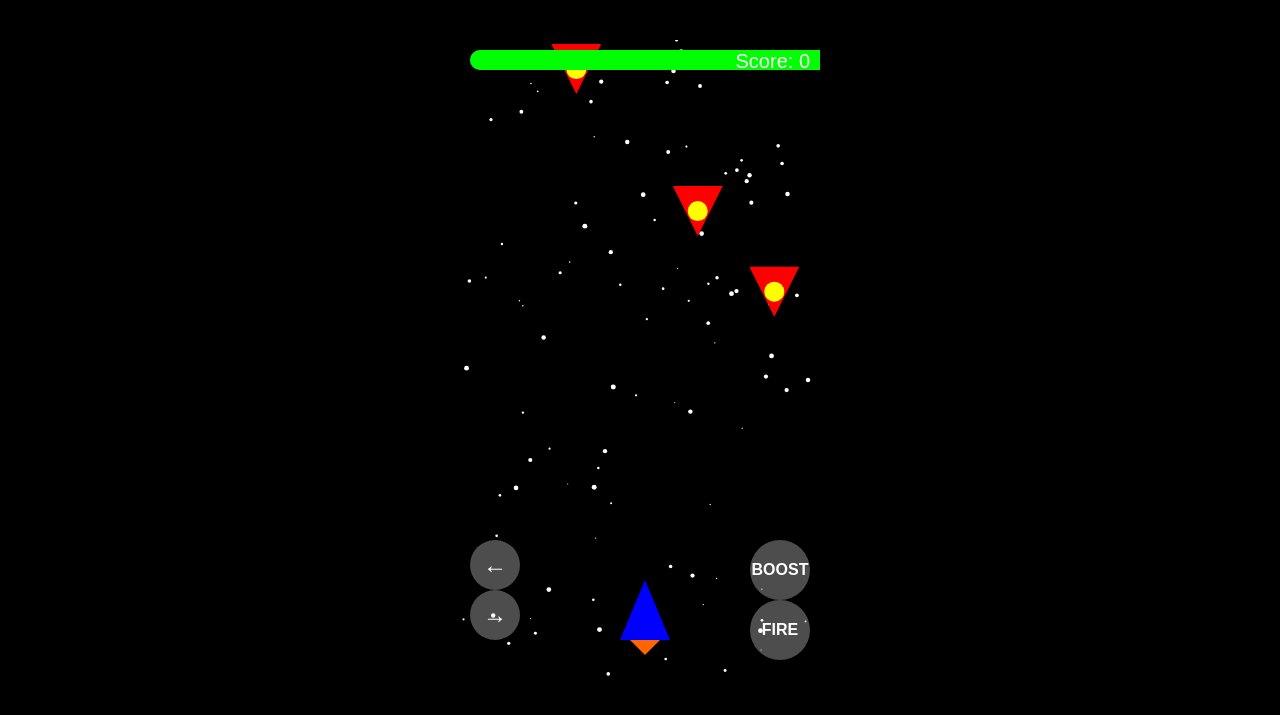
Repository: BiranOrundas/space-shooter
Page: space-shooter.html
The author's editor kept a copy of each file at every save. The page is drawn from the files as they stood at one save, then again after the next save.
The browser window is 1280 px wide. The pictures show the whole page.

Above is the page before, as saved 2025-03-13 13:08:48.

### space-shooter.html
<!DOCTYPE html>
<html lang="en">
<head>
  <meta charset="UTF-8">
  <meta name="viewport" content="width=device-width, initial-scale=1.0">
  <title>Space Shooter</title>
  <style>
    body {
      margin: 0;
      overflow: hidden;
      touch-action: none;
      font-family: Arial, sans-serif;
      background-color: #000;
      display: flex;
      justify-content: center;
      align-items: center;
      height: 100vh;
    }

    #game-container {
      position: relative;
      width: 360px;
      height: 640px;
      background-color: #000;
      overflow: hidden;
      touch-action: none;
    }

    #game-canvas {
      width: 100%;
      height: 100%;
    }

    #controls {
      position: absolute;
      bottom: 20px;
      left: 0;
      width: 100%;
      display: flex;
      justify-content: space-between;
      z-index: 10;
    }

    .direction-btn {
      width: 50px;
      height: 50px;
      background-color: rgba(255, 255, 255, 0.3);
      border-radius: 50%;
      display: flex;
      justify-content: center;
      align-items: center;
      color: white;
      font-weight: bold;
      font-size: 24px;
      user-select: none;
      margin: 0 10px;
    }

    .action-btn {
      width: 60px;
      height: 60px;
      background-color: rgba(255, 255, 255, 0.3);
      border-radius: 50%;
      display: flex;
      justify-content: center;
      align-items: center;
      color: white;
      font-weight: bold;
      font-size: 16px;
      user-select: none;
      margin: 0 10px;
    }

    #life-bar-container {
      position: absolute;
      top: 10px;
      left: 10px;
      width: 200px;
      height: 20px;
      background-color: rgba(255, 255, 255, 0.3);
      border-radius: 10px;
    }

    #life-bar {
      height: 100%;
      width: 100%;
      background-color: #0f0;
      border-radius: 10px;
      transition: width 0.3s;
    }

    #score {
      position: absolute;
      top: 10px;
      right: 10px;
      color: white;
      font-size: 20px;
    }

    #game-over {
      position: absolute;
      top: 0;
      left: 0;
      width: 100%;
      height: 100%;
      background-color: rgba(0, 0, 0, 0.8);
      display: none;
      flex-direction: column;
      justify-content: center;
      align-items: center;
      color: white;
      font-size: 30px;
      z-index: 20;
    }

    #restart-btn {
      margin-top: 20px;
      padding: 10px 20px;
      background-color: #0f0;
      color: black;
      border: none;
      border-radius: 5px;
      font-size: 18px;
      cursor: pointer;
    }

    .star {
      position: absolute;
      background-color: white;
      border-radius: 50%;
    }
  </style>
</head>
<body>
  <div id="game-container">
    <div id="life-bar-container">
      <div id="life-bar"></div>
    </div>
    <div id="score">Score: 0</div>
    <canvas id="game-canvas"></canvas>

    <div id="controls">
      <div id="movement-controls">
        <div class="direction-btn" id="left-btn">←</div>
        <div class="direction-btn" id="right-btn">→</div>
      </div>
      <div id="action-controls">
        <div class="action-btn" id="boost-btn">BOOST</div>
        <div class="action-btn" id="shoot-btn">FIRE</div>
      </div>
    </div>

    <div id="game-over">
      <div>GAME OVER</div>
      <div id="final-score">Score: 0</div>
      <button id="restart-btn">Restart</button>
    </div>
  </div>

  <script>
    // Game setup
    const canvas = document.getElementById('game-canvas');
    const ctx = canvas.getContext('2d');

    // Set canvas dimensions to match container
    const container = document.getElementById('game-container');
    canvas.width = container.clientWidth;
    canvas.height = container.clientHeight;

    // Game variables
    let score = 0;
    let gameOver = false;
    let animationId;

    // Player variables
    const player = {
      x: canvas.width / 2 - 20,
      y: canvas.height - 100,
      width: 50,
      height: 60,
      speed: 5,
      boostedSpeed: 10,
      isBoosting: false,
      life: 500,
      color: '#00f',
      cooldown: 0,
      lastShot: 0
    };

    // Game elements arrays
    const bullets = [];
    const enemies = [];
    const stars = [];

    // Control variables
    let leftPressed = false;
    let rightPressed = false;
    let shootPressed = false;
    let boostPressed = false;

    // Generate stars for background
    function createStars() {
      const starCount = 100;
      for (let i = 0; i < starCount; i++) {
        stars.push({
          x: Math.random() * canvas.width,
          y: Math.random() * canvas.height,
          size: Math.random() * 2 + 0.5,
          speed: Math.random() * 2 + 2.9
        });
      }
    }

    // Draw player's spaceship
    function drawPlayer() {
      // Draw player ship
      ctx.fillStyle = player.color;

      // Ship body
      ctx.beginPath();
      ctx.moveTo(player.x + player.width / 2, player.y);
      ctx.lineTo(player.x + player.width, player.y + player.height);
      ctx.lineTo(player.x, player.y + player.height);
      ctx.closePath();
      ctx.fill();

      // Engine flames
      if (player.isBoosting) {
        ctx.fillStyle = '#ff0';
      } else {
        ctx.fillStyle = '#f60';
      }

      const flameHeight = player.isBoosting ? 30 : 15;
      ctx.beginPath();
      ctx.moveTo(player.x + 10, player.y + player.height);
      ctx.lineTo(player.x + player.width / 2, player.y + player.height + flameHeight);
      ctx.lineTo(player.x + player.width - 10, player.y + player.height);
      ctx.closePath();
      ctx.fill();
    }

    // Create a bullet
    function shootBullet() {
      const now = Date.now();
      if (now - player.lastShot > 300) { // Cooldown in ms
        bullets.push({
          x: player.x + player.width / 2 - 3,
          y: player.y,
          width: 1,
          height: 15,
          speed: 10,
          color: '#f00'
        });
        player.lastShot = now;
      }
    }

    // Draw bullets
    function drawBullets() {
      bullets.forEach(bullet => {
        ctx.fillStyle = bullet.color;
        ctx.fillRect(bullet.x, bullet.y, bullet.width, bullet.height);
      });
    }

    // Create enemy ships
    function spawnEnemy() {
      if (Math.random() < 0.02 && !gameOver) {
        enemies.push({
          x: Math.random() * (canvas.width - 50),
          y: -50,
          width: 50,
          height: 50,
          speed: Math.random() * 2 + 1
        });
      }
    }

    // Draw enemy ships
    function drawEnemies() {
      enemies.forEach(enemy => {
        // Enemy ship body
        ctx.fillStyle = '#f00';
        ctx.beginPath();
        ctx.moveTo(enemy.x + enemy.width / 2, enemy.y + enemy.height);
        ctx.lineTo(enemy.x + enemy.width, enemy.y);
        ctx.lineTo(enemy.x, enemy.y);
        ctx.closePath();
        ctx.fill();

        // Enemy details
        ctx.fillStyle = '#ff0';
        ctx.beginPath();
        ctx.arc(enemy.x + enemy.width / 2, enemy.y + enemy.height / 2, 10, 0, Math.PI * 2);
        ctx.fill();
      });
    }

    // Draw stars background
    function drawStars() {
      ctx.fillStyle = 'white';
      stars.forEach(star => {
        ctx.beginPath();
        ctx.arc(star.x, star.y, star.size, 0, Math.PI * 2);
        ctx.fill();
      });
    }

    // Update star positions
    function updateStars() {
      stars.forEach(star => {
        star.y += star.speed;
        if (star.y > canvas.height) {
          star.y = 0;
          star.x = Math.random() * canvas.width;
        }
      });
    }

    // Update game elements
    function updateGameElements() {
      // Update player position
      if (leftPressed && player.x > 0) {
        player.x -= player.isBoosting ? player.boostedSpeed : player.speed;
      }
      if (rightPressed && player.x < canvas.width - player.width) {
        player.x += player.isBoosting ? player.boostedSpeed : player.speed;
      }

      // Update bullets
      for (let i = 0; i < bullets.length; i++) {
        bullets[i].y -= bullets[i].speed;

        // Remove bullets that are off screen
        if (bullets[i].y < 0) {
          bullets.splice(i, 1);
          i--;
        }
      }

      // Update enemies
      for (let i = 0; i < enemies.length; i++) {
        enemies[i].y += enemies[i].speed;

        // Check for collision with player
        if (
          player.x < enemies[i].x + enemies[i].width &&
          player.x + player.width > enemies[i].x &&
          player.y < enemies[i].y + enemies[i].height &&
          player.y + player.height > enemies[i].y
        ) {
          // Player hit by enemy
          player.life -= 30;
          updateLifeBar();

          // Remove enemy
          enemies.splice(i, 1);
          i--;

          // Check game over
          if (player.life <= 0) {
            endGame();
          }

          continue;
        }

        // Check for bullets hitting enemies
        for (let j = 0; j < bullets.length; j++) {
          if (
            bullets[j].x < enemies[i].x + enemies[i].width &&
            bullets[j].x + bullets[j].width > enemies[i].x &&
            bullets[j].y < enemies[i].y + enemies[i].height &&
            bullets[j].y + bullets[j].height > enemies[i].y
          ) {
            // Enemy hit by bullet
            score += 10;
            updateScore();

            // Remove enemy and bullet
            enemies.splice(i, 1);
            bullets.splice(j, 1);
            i--;
            break;
          }
        }

        // Remove enemies that are off screen
        if (enemies[i] && enemies[i].y > canvas.height) {
          enemies.splice(i, 1);
          i--;
        }
      }
    }

    // Update life bar
    function updateLifeBar() {
      const lifeBar = document.getElementById('life-bar');
      lifeBar.style.width = `${player.life}%`;

      // Change color based on life
      if (player.life > 60) {
        lifeBar.style.backgroundColor = '#0f0';
      } else if (player.life > 30) {
        lifeBar.style.backgroundColor = '#ff0';
      } else {
        lifeBar.style.backgroundColor = '#f00';
      }
    }

    // Update score display
    function updateScore() {
      document.getElementById('score').textContent = `Score: ${score}`;
    }

    // Game over
    function endGame() {
      gameOver = true;
      document.getElementById('game-over').style.display = 'flex';
      document.getElementById('final-score').textContent = `Score: ${score}`;
      cancelAnimationFrame(animationId);
    }

    // Main game loop
    function gameLoop() {
      // Clear canvas
      ctx.fillStyle = '#000';
      ctx.fillRect(0, 0, canvas.width, canvas.height);

      // Draw stars
      drawStars();
      updateStars();

      // Spawn enemies
      spawnEnemy();

      // Update game elements
      updateGameElements();

      // Fire bullet if shoot button is pressed
      if (shootPressed) {
        shootBullet();
      }

      // Draw game elements
      drawPlayer();
      drawBullets();
      drawEnemies();

      // Continue game loop
      if (!gameOver) {
        animationId = requestAnimationFrame(gameLoop);
      }
    }

    // Event listeners for keyboard controls
    document.addEventListener('keydown', (e) => {
      if (e.key === 'ArrowLeft' || e.key === 'a') leftPressed = true;
      if (e.key === 'ArrowRight' || e.key === 'd') rightPressed = true;
      if (e.key === ' ' || e.key === 'Enter') shootPressed = true;
      if (e.key === 'Shift') {
        boostPressed = true;
        player.isBoosting = true;
      }
    });

    document.addEventListener('keyup', (e) => {
      if (e.key === 'ArrowLeft' || e.key === 'a') leftPressed = false;
      if (e.key === 'ArrowRight' || e.key === 'd') rightPressed = false;
      if (e.key === ' ' || e.key === 'Enter') shootPressed = false;
      if (e.key === 'Shift') {
        boostPressed = false;
        player.isBoosting = false;
      }
    });

    // Touch controls
    const leftBtn = document.getElementById('left-btn');
    const rightBtn = document.getElementById('right-btn');
    const shootBtn = document.getElementById('shoot-btn');
    const boostBtn = document.getElementById('boost-btn');

    leftBtn.addEventListener('touchstart', (e) => {
      e.preventDefault();
      leftPressed = true;
    });

    leftBtn.addEventListener('touchend', (e) => {
      e.preventDefault();
      leftPressed = false;
    });

    rightBtn.addEventListener('touchstart', (e) => {
      e.preventDefault();
      rightPressed = true;
    });

    rightBtn.addEventListener('touchend', (e) => {
      e.preventDefault();
      rightPressed = false;
    });

    shootBtn.addEventListener('touchstart', (e) => {
      e.preventDefault();
      shootPressed = true;
    });

    shootBtn.addEventListener('touchend', (e) => {
      e.preventDefault();
      shootPressed = false;
    });

    boostBtn.addEventListener('touchstart', (e) => {
      e.preventDefault();
      boostPressed = true;
      player.isBoosting = true;
    });

    boostBtn.addEventListener('touchend', (e) => {
      e.preventDefault();
      boostPressed = false;
      player.isBoosting = false;
    });

    // Mouse controls (for testing on desktop)
    leftBtn.addEventListener('mousedown', () => {
      leftPressed = true;
    });

    leftBtn.addEventListener('mouseup', () => {
      leftPressed = false;
    });

    rightBtn.addEventListener('mousedown', () => {
      rightPressed = true;
    });

    rightBtn.addEventListener('mouseup', () => {
      rightPressed = false;
    });

    shootBtn.addEventListener('mousedown', () => {
      shootPressed = true;
    });

    shootBtn.addEventListener('mouseup', () => {
      shootPressed = false;
    });

    boostBtn.addEventListener('mousedown', () => {
      boostPressed = true;
      player.isBoosting = true;
    });

    boostBtn.addEventListener('mouseup', () => {
      boostPressed = false;
      player.isBoosting = false;
    });

    // Restart game
    document.getElementById('restart-btn').addEventListener('click', () => {
      // Reset game state
      score = 0;
      gameOver = false;
      player.life = 100;
      player.x = canvas.width / 2 - 25;
      player.y = canvas.height - 100;
      player.isBoosting = false;

      // Clear arrays
      bullets.length = 0;
      enemies.length = 0;

      // Update UI
      updateScore();
      updateLifeBar();

      // Hide game over screen
      document.getElementById('game-over').style.display = 'none';

      // Start game loop
      gameLoop();
    });

    // Initialize game
    function initGame() {
      createStars();
      updateLifeBar();
      gameLoop();
    }

    // Start the game
    window.addEventListener('load', initGame);
  </script>
</body>
</html>

After the next save:
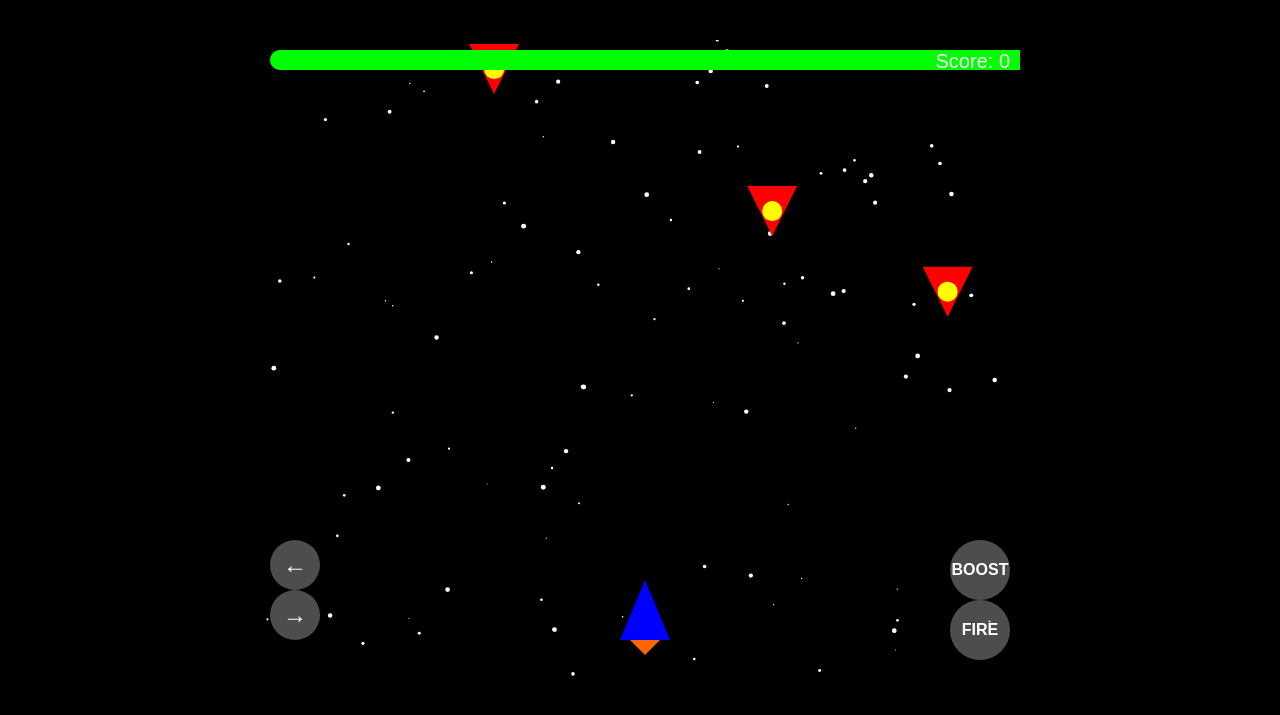
Saved 28 s later.
--- a/space-shooter.html
+++ b/space-shooter.html
@@ -19,7 +19,7 @@
 
     #game-container {
       position: relative;
-      width: 360px;
+      width: 760px;
       height: 640px;
       background-color: #000;
       overflow: hidden;
